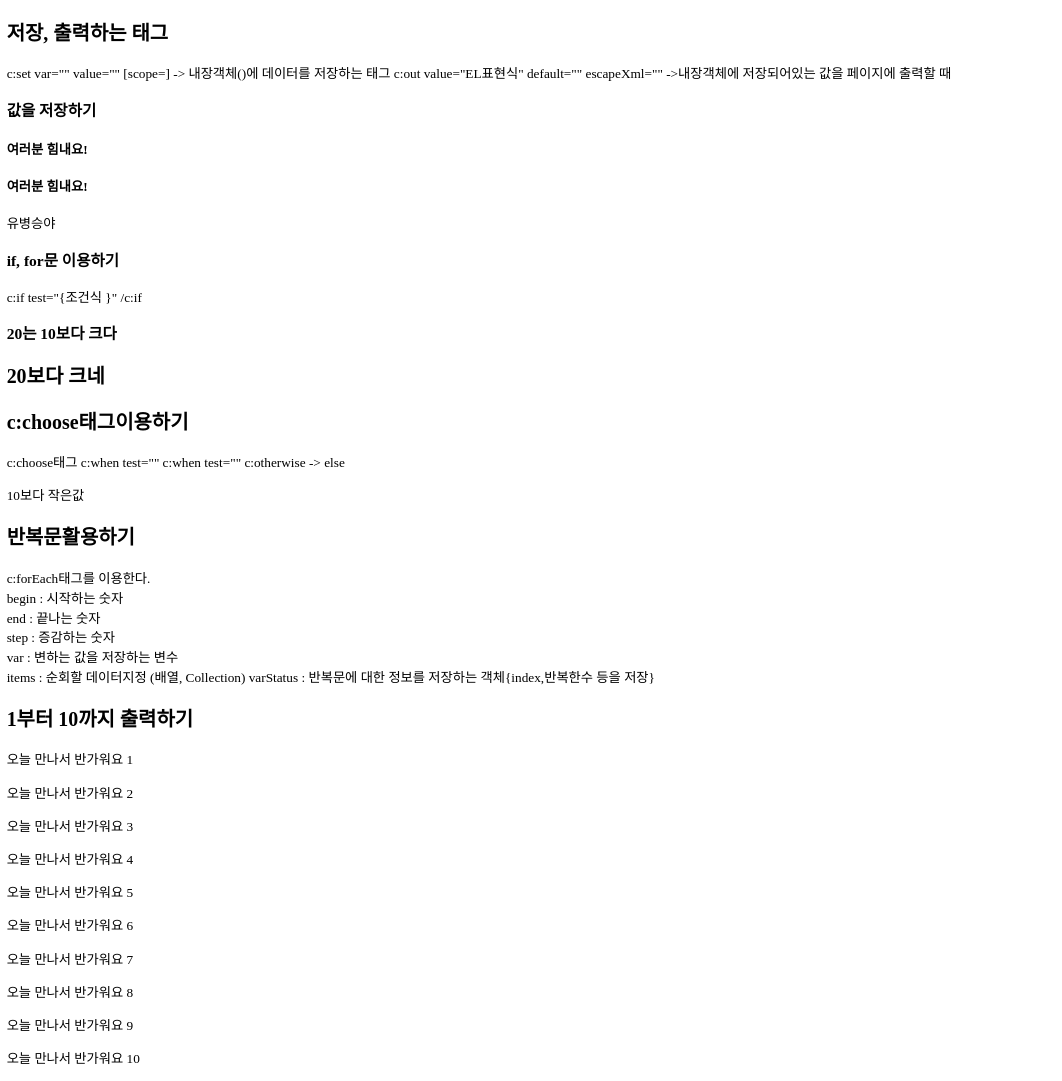
Repository: simjiho/week
Page: http://localhost/el_jstl/views/jstl/02_controltag.jsp
The author's editor kept a copy of each file at every save. The page is drawn from the files as they stood at one save, then again after the next save.
The browser window is 1280 px wide. The pictures show the whole page, at 83% of full size.
The page is served by Tomcat 9. Other server files are loaded and not shown.

Above is the page before, as saved 2024-04-20 06:47:25.

### workspace/el_jstl/src/main/webapp/views/jstl/02_controltag.jsp
<%@ page language="java" contentType="text/html; charset=UTF-8"
    pageEncoding="UTF-8"%>
<%@ taglib prefix="c" uri="http://java.sun.com/jsp/jstl/core" %>
<!DOCTYPE html>
<html>
<head>
<meta charset="UTF-8">
<title>코어태그 사용하기</title>
</head>
<body>
	<h2>저장, 출력하는 태그</h2>
	<p>
		c:set var="" value="" [scope=] -> 내장객체()에 데이터를 저장하는 태그
		c:out value="EL표현식" default="" escapeXml="" ->내장객체에 저장되어있는 값을 페이지에 출력할 때 <br>
	</p>
	<h3>값을 저장하기</h3>
	<c:set var="comment" value="여러분 힘내요!"/>
	<h4><c:out value="${comment}"/></h4>
	<h4>${comment}</h4>
	<c:set var="test" value="<script>alert('짠!');</script>"/>
	<p><c:out value="${test }" escapeXml="false"/></p>
	<c:set var="bs" value="유병승"/>
	<p><c:out value="${bs }" default="bs없어!"/>야</p>


	<h3>if, for문 이용하기</h3>
	<p>
		c:if test="{조건식 }" /c:if
	</p>

	<c:set var="su" value="20"/>
	<%-- <%if(pageContext.getAttribute("su")>10) { %>

	<% } %> --%>

	<c:if test="${su>10 }">
		<h3><c:out value="${su }"/>는 10보다 크다</h3>
	</c:if>
	<c:if test="${su<10 }">
		<h3><c:out value="${su }"/>는 10보다 크다</h3>
	</c:if>
	<c:if test="${su>5 }">
		<c:if test="${su>10 }">
			<h2>20보다 크네</h2>
		</c:if>
	</c:if>

	<h2>c:choose태그이용하기</h2>
	<p>
		c:choose태그
			c:when test=""
			c:when test=""
			c:otherwise -> else
	</p>

	<c:set var="su2" value="5"/>


	<c:choose>
		<c:when test="${su2<10 }">
			<p>10보다 작은값</p>
		</c:when>
		<c:when test="${su2<15 }">
			<p>15보다 작은값</p>
		</c:when>
		<c:otherwise>
			<p>10보다 작지않고 15보다도 작지않은값</p>
		</c:otherwise>
	</c:choose>

	<h2>반복문활용하기</h2>
	<p>
		c:forEach태그를 이용한다. <br>
		begin : 시작하는 숫자 <br>
		end : 끝나는 숫자 <br>
		step : 증감하는 숫자 <br>
		var : 변하는 값을 저장하는 변수 <br>
		items : 순회할 데이터지정 (배열, Collection)
		varStatus : 반복문에 대한 정보를 저장하는 객체{index,반복한수 등을 저장} <br>
	</p>
	<h2>1부터 10까지 출력하기</h2>
	<c:forEach var="i" begin="1" end="10" step="1">
		<p>오늘 만나서 반가워요 ${i }</p>
	</c:forEach>


</body>
</html>

After the next save:
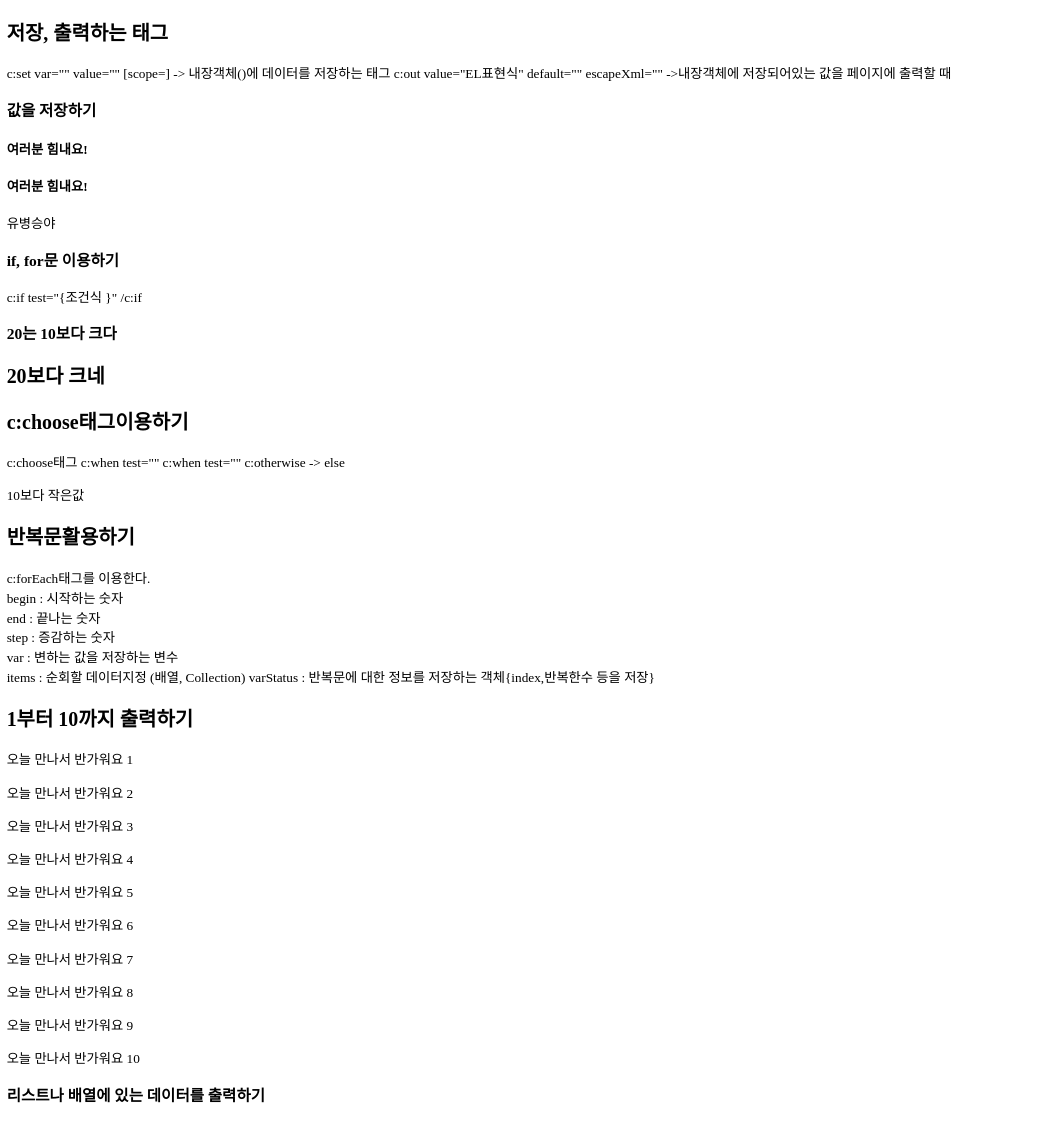
Saved 46 s later.
--- a/workspace/el_jstl/src/main/webapp/views/jstl/02_controltag.jsp
+++ b/workspace/el_jstl/src/main/webapp/views/jstl/02_controltag.jsp
@@ -83,6 +83,8 @@
 		<p>오늘 만나서 반가워요 ${i }</p>
 	</c:forEach>
 
+	<h3>리스트나 배열에 있는 데이터를 출력하기</h3>
+
 
 </body>
 </html>
